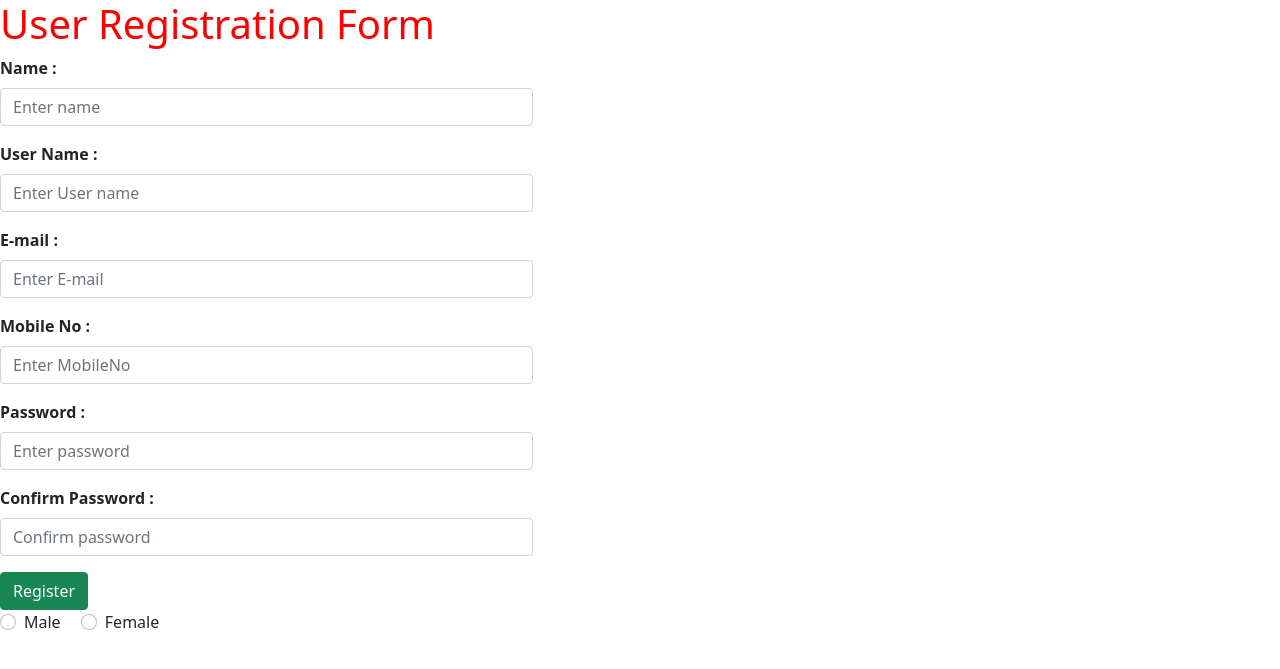
Repository: sntv1005/RegistrationForm
Page: http://localhost/register
An editor plug-in stored every save of this project. The page is shown before and after the next save, followed by the edit.
The browser window is 1280 px wide. The pictures show the whole page.
The page is this project's Thymeleaf template; nobody is signed in. The template is opened directly, without the code that normally fills it, so the values that code supplies are empty.

Above is the page before, as saved 2023-12-01 06:13:52.

After the next save:
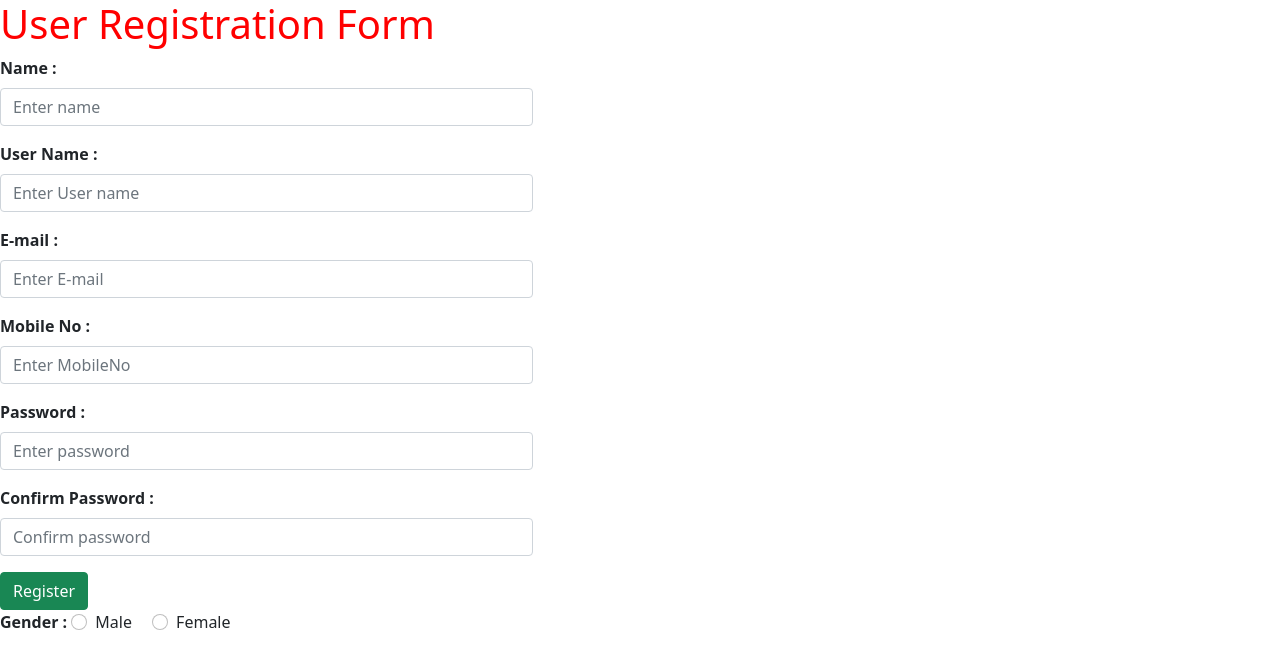
Saved 35 s later.
--- a/RegistrationForm/src/main/resources/templates/register.html
+++ b/RegistrationForm/src/main/resources/templates/register.html
@@ -49,6 +49,7 @@
 		       <button type="submit " class="btn btn-success"> Register </button>
 
 		       <div class="mb-3" >
+				     <label for="exampleFormControlInput1" class="form-label"><b> Gender  : </b></label>
 			        <div class="form-check form-check-inline">
 						  <input class="form-check-input" type="radio" name="inlineRadioOptions" id="inlineRadio1" value="option1">
 						  <label class="form-check-label" for="inlineRadio1">Male </label>
